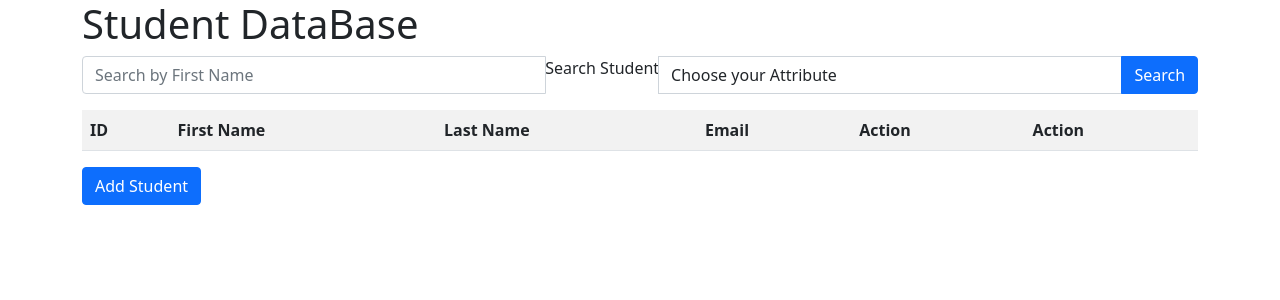
Repository: Siddhant1401/Aurionpro-J2EE
Page: http://localhost/08-STUDENT-MVC/student.jsp
These files come from the project's save history. The page is drawn as it stood at one moment and after the next save; the edit follows.
The browser window is 1280 px wide. The pictures show the whole page.
The page is served by Tomcat 9. The template is opened directly, without the code that normally fills it, so the values that code supplies are empty.

Above is the page before, as saved 2023-10-18 06:48:45.

After the next save:
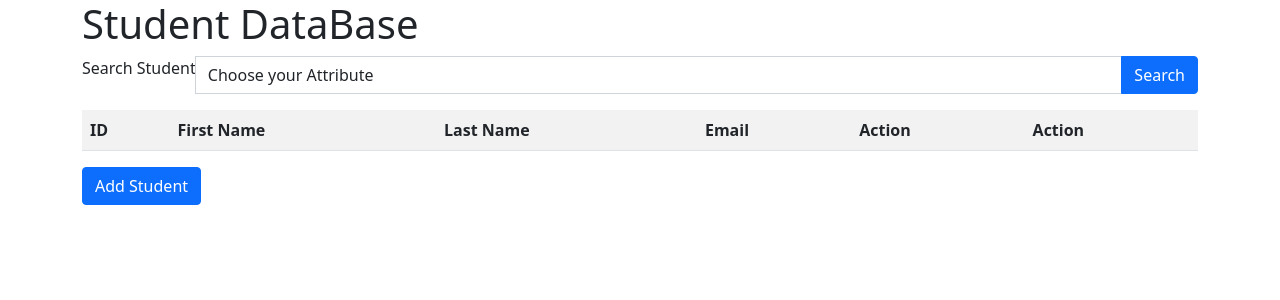
Saved 34 s later.
--- a/08-STUDENT-MVC/WebContent/student.jsp
+++ b/08-STUDENT-MVC/WebContent/student.jsp
@@ -23,9 +23,6 @@
 		<!-- --Seach Form -->
 		<form action="StudentController" method="get">
 			<div class="input-group mb-3">
-				<input type="text" class="form-control"
-					placeholder="Search by First Name" name="searchFirstName">
-
 				<label for="searchStudent">Search Student</label>
 				<select class="form-control" name="search">
 					<option value " ">Choose your Attribute</option>

After the save that followed:
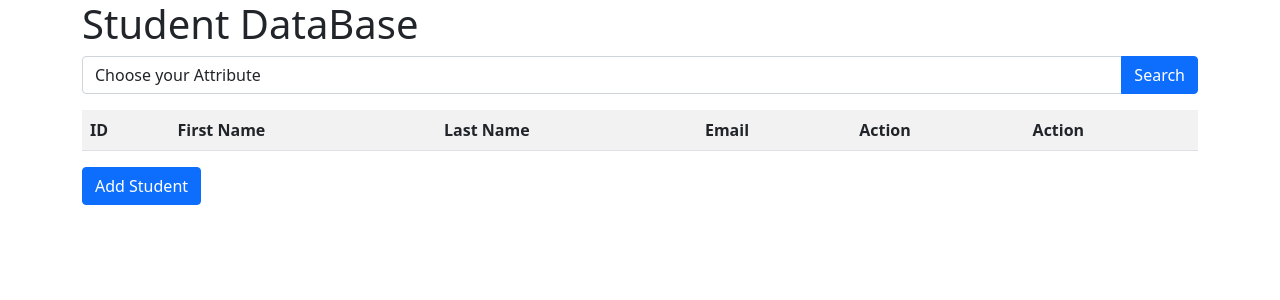
Saved 23 s later.
--- a/08-STUDENT-MVC/WebContent/student.jsp
+++ b/08-STUDENT-MVC/WebContent/student.jsp
@@ -23,7 +23,6 @@
 		<!-- --Seach Form -->
 		<form action="StudentController" method="get">
 			<div class="input-group mb-3">
-				<label for="searchStudent">Search Student</label>
 				<select class="form-control" name="search">
 					<option value " ">Choose your Attribute</option>
 					<option value="searchid">ID</option>
